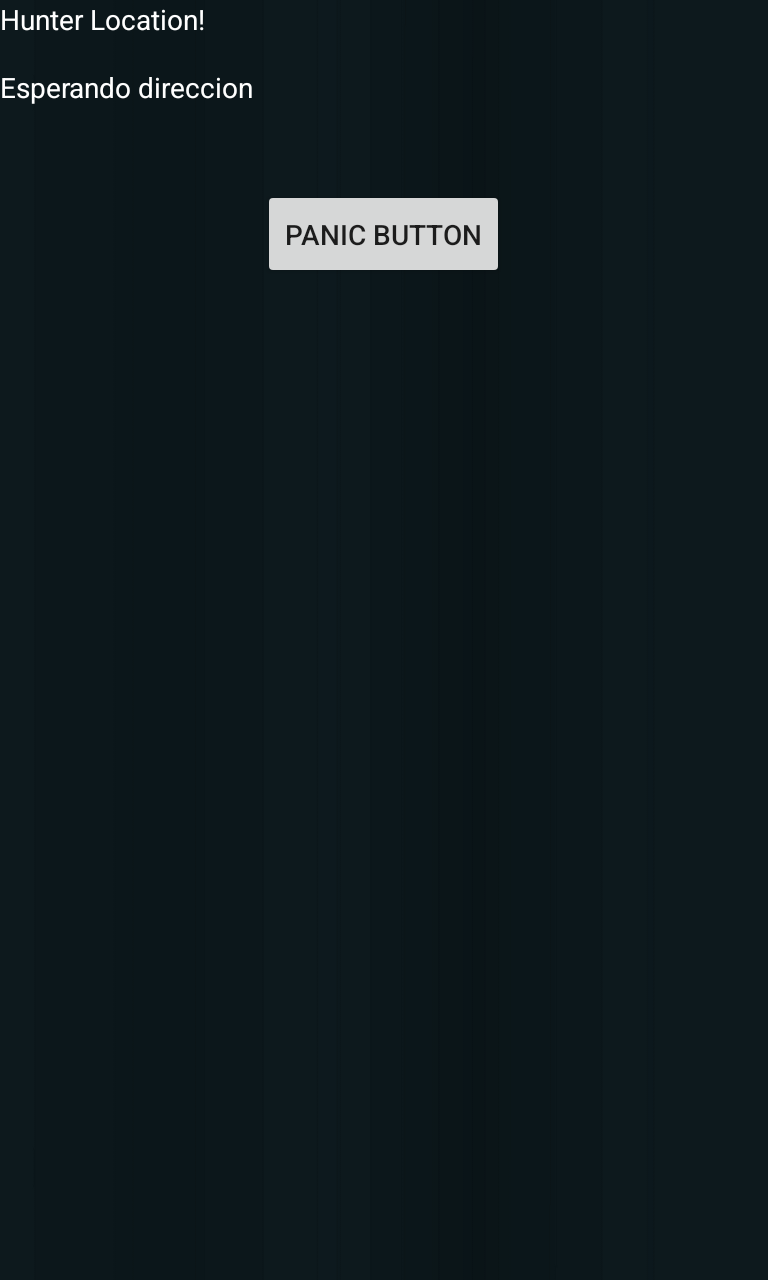
Repository: aludena18/android_apps
Layout: AlarmServiceLocation/res/layout/activity_main.xml
The author's editor kept a copy of each file at every save. The layout is drawn from the files as they stood at one save, then again after the next save.
It is drawn on a 768 x 1280 px phone screen (xhdpi) without system bars, with theme AppTheme; the app's code is not run.

Above is the layout before, as saved 2015-07-20 14:58:04.

After the next save:
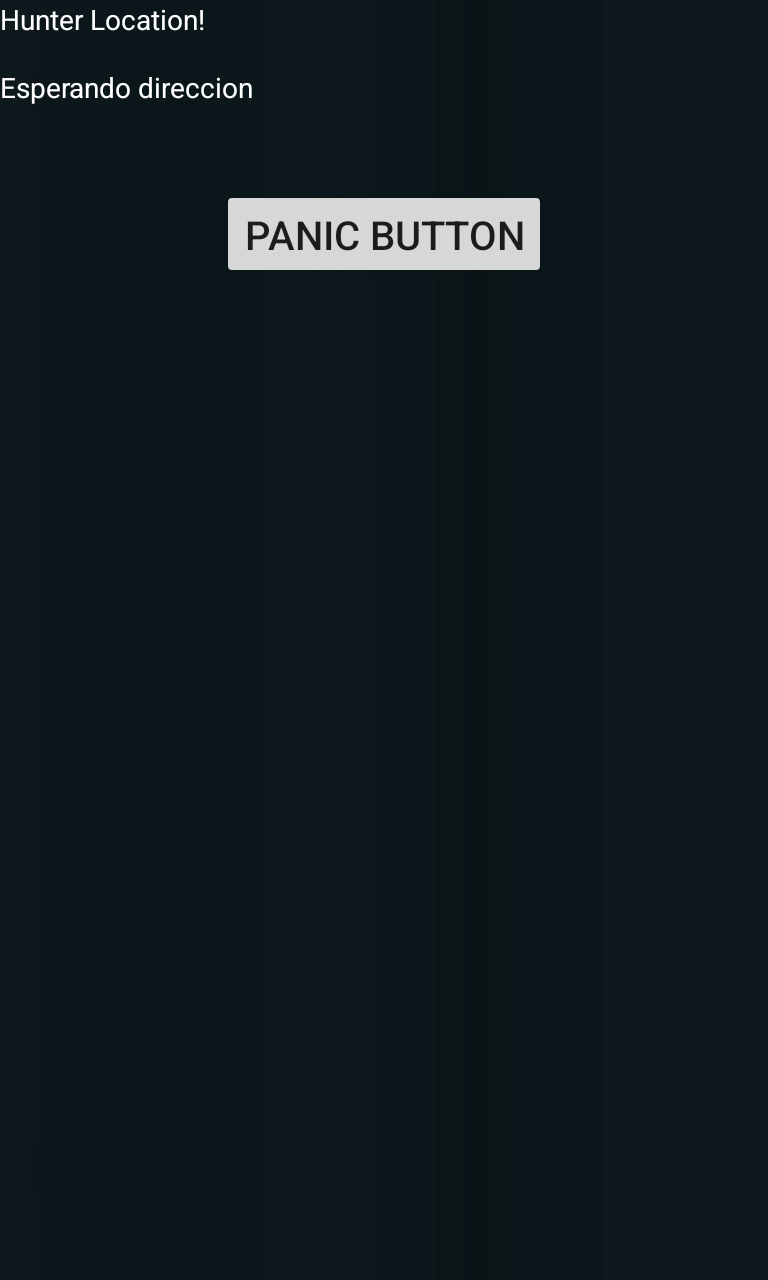
Saved 37 s later.
--- a/AlarmServiceLocation/res/layout/activity_main.xml
+++ b/AlarmServiceLocation/res/layout/activity_main.xml
@@ -36,6 +36,7 @@
             android:id="@+id/btnPanic"
             android:layout_width="wrap_content"
             android:layout_height="wrap_content"
+            android:textSize="20sp"
             android:text="@string/etqBtnPanic" />
     </LinearLayout>
 
